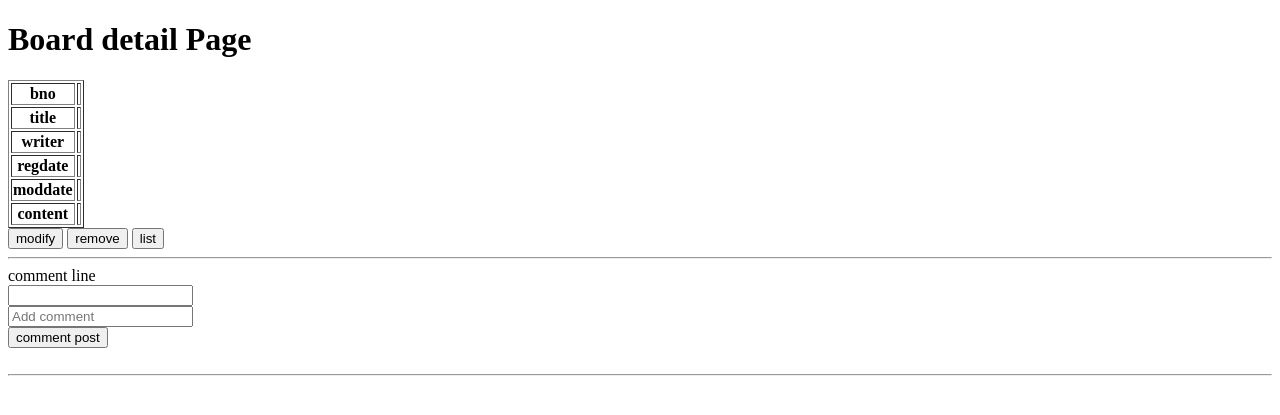
Repository: hwimi/2024-04-12-01
Page: http://localhost/jsp_study/board/detail.jsp
An editor plug-in stored every save of this project. The page is shown before and after the next save, followed by the edit.
The browser window is 1280 px wide. The pictures show the whole page.
The page is served by Tomcat 9. Other server files are loaded and not shown. The template is opened directly, without the code that normally fills it, so the values that code supplies are empty.

Above is the page before, as saved 2024-04-18 01:40:51.

### jsp_study/src/main/webapp/board/detail.jsp
<%@ page language="java" contentType="text/html; charset=UTF-8"
    pageEncoding="UTF-8"%>
    <%@ taglib uri="http://java.sun.com/jsp/jstl/core" prefix="c" %>
<!DOCTYPE html>
<html>
<head>
<meta charset="UTF-8">
<title>Insert title here</title>
</head>
<body>
 <h1>Board detail Page</h1>

 <table border="1">
 	<tr>
 		<th>bno</th>
 		<td>${bvo.bno }</td>
 	</tr>
 	<tr>
 		<th>title</th>
 		<td>${bvo.title }</td>
 	</tr>
 	<tr>
 		<th>writer</th>
 		<td>${bvo.writer }</td>
 	</tr>
 	<tr>
 		<th>regdate</th>
 		<td>${bvo.regdate }</td>
 	</tr>
 	<tr>
 		<th>moddate</th>
 		<td>${bvo.moddate }</td>
 	</tr>
 	<tr>
 		<th>content</th>
 		<td>${bvo.content }</td>
 	</tr>
 </table>
 <c:if test="${bvo.writer eq ses.id }">
	 <a href="/brd/modify?bno=${bvo.bno }"><button>modify</button></a>
	 <a href="/brd/remove?bno=${bvo.bno }"><button>remove</button></a>
 </c:if>
 <a href="/brd/list"><button>list</button></a>

 <!-- comment line -->
 <hr>
 <div>
 comment line<br>
 <input type="text" id="cmtWriter" value="${ses.id }" readonly="readonly"><br>
  <input type="text" id="cmtText" placeholder="Add comment"><br>
  <button type="button" id="cmtAddBtn">comment post</button>
 </div>
 <br>
 <hr>




</body>
</html>

After the next save:
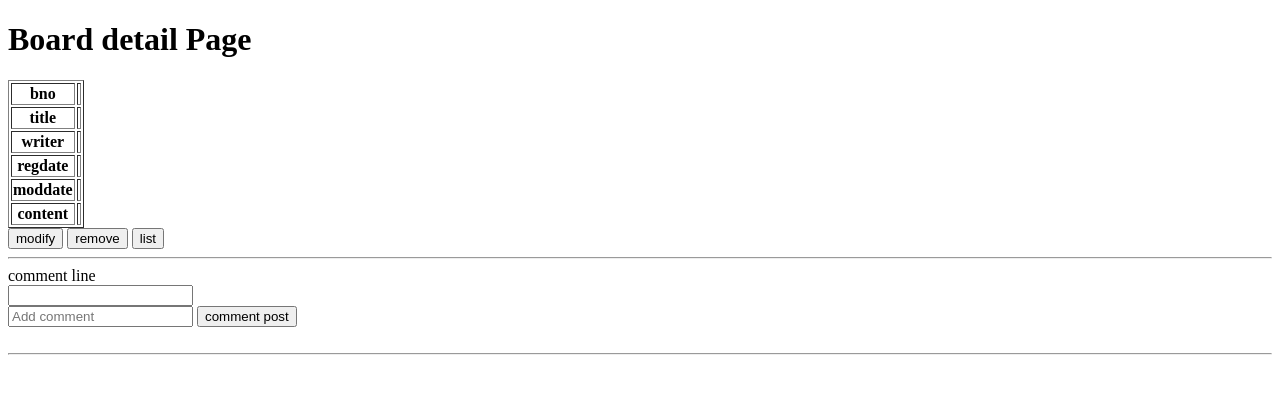
Saved 5 s later.
--- a/jsp_study/src/main/webapp/board/detail.jsp
+++ b/jsp_study/src/main/webapp/board/detail.jsp
@@ -47,7 +47,7 @@
  <div>
  comment line<br>
  <input type="text" id="cmtWriter" value="${ses.id }" readonly="readonly"><br>
-  <input type="text" id="cmtText" placeholder="Add comment"><br>
+  <input type="text" id="cmtText" placeholder="Add comment">
   <button type="button" id="cmtAddBtn">comment post</button>
  </div>
  <br>
